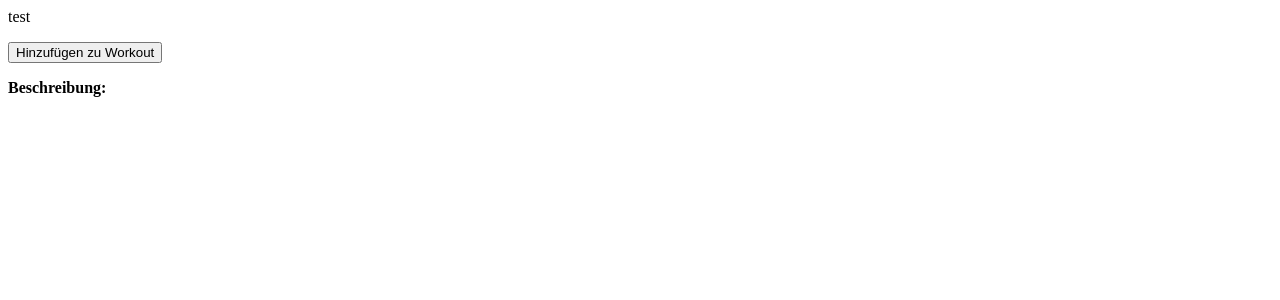
Repository: KIThubber/Fitnesstagebuch
Page: Frontend/src/Workoutmanagement/workout-selection.html
These files come from the project's save history. The page is drawn as it stood at one moment and after the next save; the edit follows.
The browser window is 1280 px wide. The pictures show the whole page.

Above is the page before, as saved 2022-05-06 23:42:17.

### Frontend/src/Workoutmanagement/workout-selection.html
<!-- Stylesheet der Seite -->
<style>




</style>

<!-- Inhalt der Seite -->
    <main>
        <!-- gesamte Box -->
        <p> test</p>
        <div class="boxForm">
            <div class="boxOben">
                <div class="boxTitel">
                    <!-- js newInfo -->
                </div>



                <div class="boxButton">
                    <button onclick="window.location.href = 'https://www.google.de/?hl=de';">Hinzufügen zu Workout</button>
                </div>
            </div>

            <div class="boxDes">
                <p> <b>Beschreibung: </b></p>
                <!-- js newDescription -->
            </div>
        </div>

    </main>

After the next save:
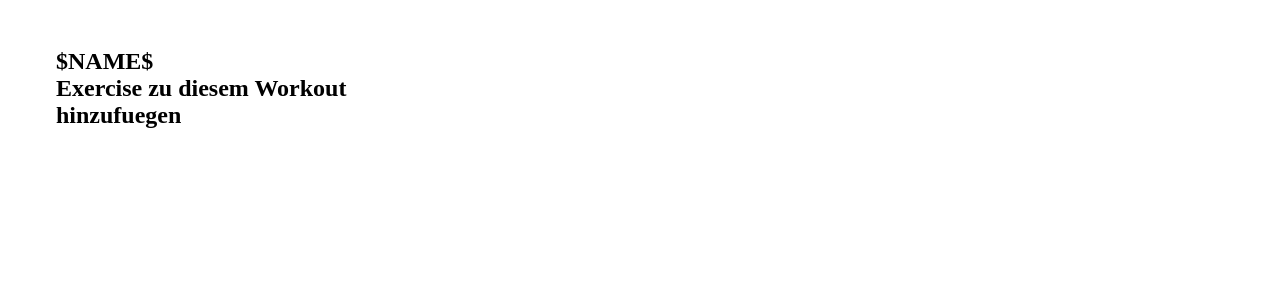
Saved 7 min 55 s later.
--- a/Frontend/src/Workoutmanagement/workout-selection.html
+++ b/Frontend/src/Workoutmanagement/workout-selection.html
@@ -1,32 +1,94 @@
 <!-- Stylesheet der Seite -->
 <style>
+    /* LISTENEINTRÄGE */
+    main{
+        margin: 1em;
+    }
+    main ol {
+        list-style: none;
+        margin: 0;
+        padding: 0;
+        border:20px #F2F2F2;
+    }
 
+    main li {
+        margin: 1em;
+        padding: 1em;
 
+        background-color: white;
+        border-radius: 20px 20px 20px 20px;
+    }
 
+    main li:hover {
+        background-color: #C8F8FF;
+    }
 
+    main .name {
+        font-size: 150%;
+        font-weight: bold;
+    }
+
+    /* AKTIONSBUTTONS */
+    main .actions {
+        display: flex;
+        justify-content: space-between;
+    }
+
+    main .actions > div {
+        padding: 0.5em;
+        margin: 0.5em;
+
+        background-color: #C8F8FF;
+
+        flex: 1;
+        text-align: center;
+    }
+
+    main .actions > div:first-child {
+        margin-left: 0;
+    }
+
+    main .actions > div:last-child {
+        margin-right: 0;
+    }
+
+    main .actions > div:hover {
+        background-color: white;
+        text-decoration: none;
+        cursor: pointer;
+    }
+
+    @media (min-width: 900px) {
+    /*iPad*/
+      ol {
+        display: grid;
+        grid-template-columns: 1fr 1fr;
+      }
+  }
+
+  @media (min-width: 1194px) {
+    /*display groß*/
+      ol {
+        display: grid;
+        grid-template-columns: 1fr 1fr 1fr;
+      }
+  }
 </style>
 
 <!-- Inhalt der Seite -->
-    <main>
-        <!-- gesamte Box -->
-        <p> test</p>
-        <div class="boxForm">
-            <div class="boxOben">
-                <div class="boxTitel">
-                    <!-- js newInfo -->
+<main>
+    <ol>
+
+        <li class="list-entry" data-id="$ID$">
+
+            <div class="name">
+                $NAME$
+
+                <div class="action selectWorkout">
+                    <a> Exercise zu diesem Workout hinzufuegen </a>
                 </div>
 
+        </li>
 
-
-                <div class="boxButton">
-                    <button onclick="window.location.href = 'https://www.google.de/?hl=de';">Hinzufügen zu Workout</button>
-                </div>
-            </div>
-
-            <div class="boxDes">
-                <p> <b>Beschreibung: </b></p>
-                <!-- js newDescription -->
-            </div>
-        </div>
-
-    </main>
+    </ol>
+</main>
